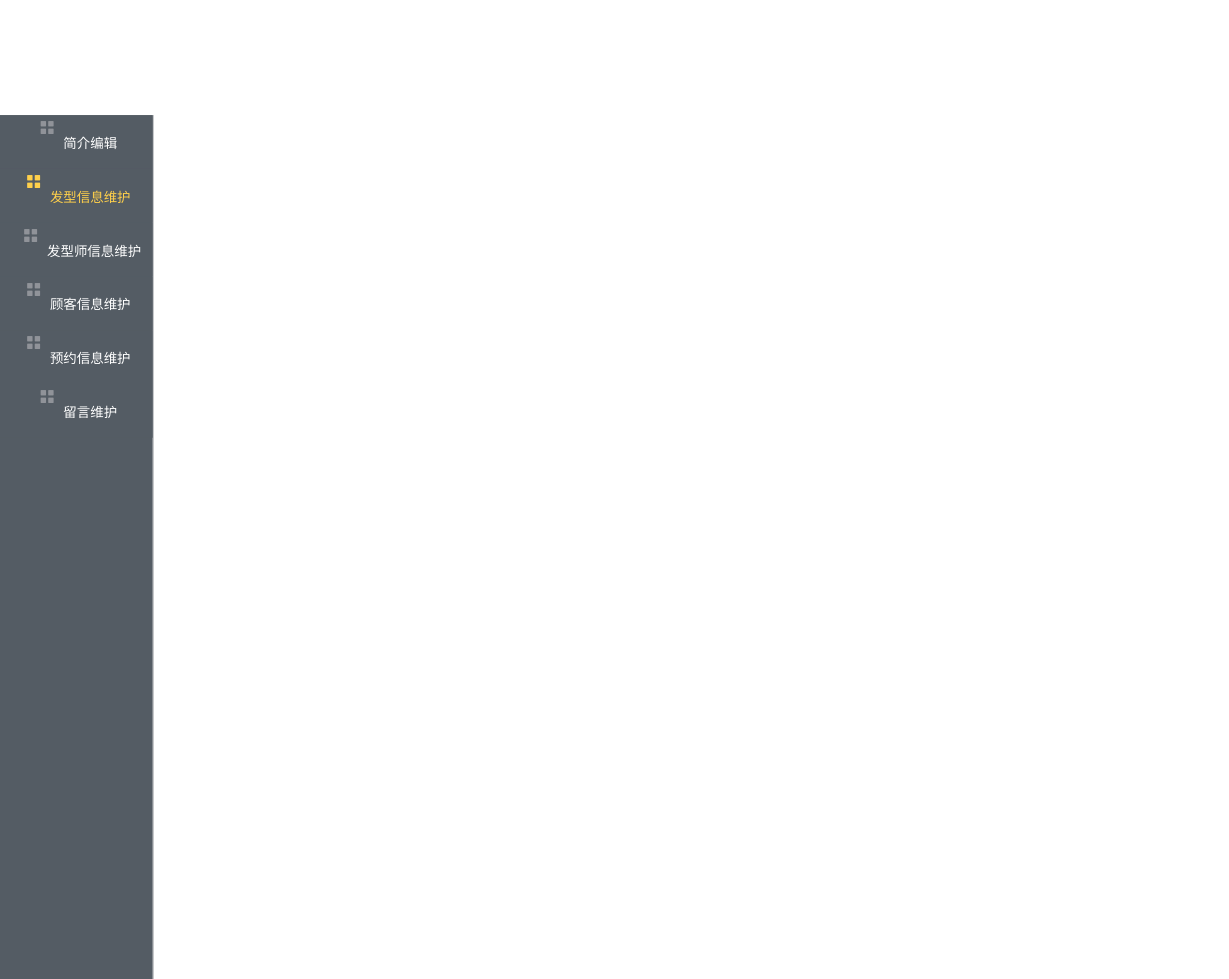
Repository: cjl0805/graduation-design-front
Page: /back/home
These files come from the project's save history. The page is drawn as it stood at one moment and after the next save; the edit follows.
The browser window is 1280 px wide. The pictures show the whole page, at 96% of full size.
The project was rebuilt for these pictures with package versions that can differ from the ones it lists, and the page was loaded fresh each time. Also part of the build but not shown: vue.config.js, src/components/RotationChart.vue, src/components/NavigationBar.vue, src/components/HairStylist.vue, src/components/HairStyle.vue, src/views/font/HairStyleView.vue, src/views/font/HairStylistView.vue, src/views/font/HomeView.vue and 11 more.

Above is the page before, as saved 2023-04-17 16:34:42.

### src/main.js
import Vue from 'vue'
import App from './App.vue'
import router from './router'
import ElementUI from 'element-ui'
import 'element-ui/lib/theme-chalk/index.css'
import axios from 'axios'
import VueAxios from 'vue-axios'
Vue.use(VueAxios, axios);
axios.interceptors.request.use(
  config => {
    if (localStorage.getItem('token')) {
      config.headers.token = localStorage.getItem('token');
    }
    return config;
  },
  error => {
    return Promise.reject(error);
  }
);

axios.interceptors.response.use(
  res => {
    if (res.data.code === 501) {
      console.log(res.data);
      alert("登录已过期，请重新登录！");
      window.localStorage.removeItem('token');
      window.localStorage.removeItem('username');
      location.reload();
    }
    return res;
  }
);

Vue.config.productionTip = false
Vue.use(ElementUI)
new Vue({
  router,
  render: h => h(App)
}).$mount('#app')

### src/router/index.js
import Vue from 'vue'
import VueRouter from 'vue-router'
import HairStyleView from '../views/font/HairStyleView.vue'
import HairStylistView from '../views/font/HairStylistView.vue'
import HomeView from '../views/font/HomeView.vue'
import login from '../views/font/login.vue'
import register from '../views/font/register.vue'
import PersonalInfo from '../views/font/PersonalInfo.vue'
import appointment from '../views/font/AppointmentView.vue'
import pay from '../views/font/PayView.vue'
import MainView from '../views/back/MainView.vue'

Vue.use(VueRouter)

const routes = [{
    path: '/',
    name: 'home',
    component: HomeView
  },
  {
    path: '/hairstyle',
    name: 'hairstyle',
    component: HairStyleView
  },
  {
    path: '/hairstylist',
    name: 'hairstylist',
    component: HairStylistView
  },
  {
    path: '/about',
    name: 'about',
    // route level code-splitting
    // this generates a separate chunk (about.[hash].js) for this route
    // which is lazy-loaded when the route is visited.
    component: () => import( /* webpackChunkName: "about" */ '../views/AboutView.vue')
  },
  {
    path: '/login',
    name: 'login',
    component: login
  },
  {
    path: '/register',
    name: 'register',
    component: register
  },
  {
    path: '/PersonalInfo',
    name: 'PersonalInfo',
    component: PersonalInfo,
  },
  {
    path: '/appointment',
    name: 'appointment',
    component: appointment
  },
  {
    path: '/pay',
    name: 'pay',
    component: pay
  },
  {
    path: '/back/home',
    name: 'MainView',
    component: MainView
  },
]

const router = new VueRouter({
  mode: 'history',
  base: process.env.BASE_URL,
  routes
})

// 导航守卫
// 使用 router.beforeEach 注册一个全局前置守卫，判断用户是否登陆
router.beforeEach((to, from, next) => {
  if (to.path === '/PersonalInfo' || to.path === '/appointment' || to.path === '/MessageCenter' || to.path === '/pay') {
    let token = localStorage.getItem('token');
    if (token === null || token === '') {
      next('/login');
    } else {
      next();
    }
  } else {
    next();
  }
});

export default router

### src/views/back/MainView.vue
<template>
  <div>
    <div class="div1">
      <el-col :span="3">
        <el-menu
          default-active="2"
          class="el-menu-vertical-demo"
          @open="handleOpen"
          @close="handleClose"
          background-color="#545c64"
          text-color="#fff"
          active-text-color="#ffd04b"
        >
          <el-menu-item index="1">
            <i class="el-icon-menu"></i>
            <span slot="title">简介编辑</span>
          </el-menu-item>
          <el-menu-item index="2">
            <i class="el-icon-menu"></i>
            <span slot="title">发型信息维护</span>
          </el-menu-item>
          <el-menu-item index="3">
            <i class="el-icon-menu"></i>
            <span slot="title">发型师信息维护</span>
          </el-menu-item>
          <el-menu-item index="4">
            <i class="el-icon-menu"></i>
            <span slot="title">顾客信息维护</span>
          </el-menu-item>
          <el-menu-item index="5">
            <i class="el-icon-menu"></i>
            <span slot="title">预约信息维护</span>
          </el-menu-item>
          <el-menu-item index="6">
            <i class="el-icon-menu"></i>
            <span slot="title">留言维护</span>
          </el-menu-item>
        </el-menu>
      </el-col>
    </div>
    <div class="div2"></div>
  </div>
</template>

<script>
export default {
  methods: {
    handleOpen(key, keyPath) {
      console.log(key, keyPath);
    },
    handleClose(key, keyPath) {
      console.log(key, keyPath);
    },
  },
};
</script>

<style>
.el-menu-vertical-demo {
  height: 900px;
}
.el-icon-menu {
  height: 50px;
}
</style>

### src/components/UserDescription.vue
<template>
  <div>
    <div class="img">
      <el-upload
        class="userform.img !== '' ? 'avatar-uploader boxCardUploadImg' : 'avatar-uploader'"
        action=""
        :http-request="upFile"
        :show-file-list="false"
        :on-change="handleChange"
        :limit="2"
        :headers="headers"
      >
        <img v-if="userform.img" :src="userform.img" class="avatar" />
        <i v-else class="el-icon-plus avatar-uploader-icon"></i> </el-upload
      ><br />
      <el-button round type="primary" @click="saveImg">保存头像</el-button>
      <div class="div2">
        <div class="div3">
          <el-button class="button"
            ><p class="p" @click="click1">个人信息</p></el-button
          >
        </div>
        <div class="div3">
          <el-button class="button" @click="click2"
            ><p class="p">我的预约</p></el-button
          >
        </div>
        <div class="div3">
          <el-button class="button"
            ><p class="p" @click="click3">我的留言</p></el-button
          >
        </div>
      </div>
    </div>
    <div class="info">
      <UserInfo v-if="userInfo"></UserInfo>
      <myAppointment v-if="myAppointment" class="myAppointment"></myAppointment>
      <myMessage v-if="myMessage"></myMessage>
    </div>
  </div>
</template>

<script>
import UserInfo from "./UserInfo.vue";
import MyAppointment from "./MyAppointment.vue";
import MyMessage from "./MyMessage.vue";
export default {
  name: "UserDescription",
  components: {
    MyAppointment,
    MyMessage,
    UserInfo,
  },
  data() {
    return {
      imageUrl: "",
      headers: {},
      token: "",
      userform: {
        img: "",
      },
      file: " ",
      userInfo: this.$route.query.userInfo,
      myAppointment: this.$route.query.myAppointment,
      myMessage: false,
    };
  },
  created() {
    this.load();
  },
  methods: {
    load() {
      this.axios({
        method: "GET",
        url: "http://localhost:8090/graduation/design/customInfo/get",
        params: {
          username: window.localStorage.getItem("username"),
        },
      }).then((res) => {
        console.log(res.data);
        if (res.data.data != null) {
          this.userform.img = res.data.data.img;
        }
      });
    },
    click1() {
      this.userInfo = true;
      this.myAppointment = false;
      this.myMessage = false;
    },
    click2() {
      this.userInfo = false;
      this.myAppointment = true;
      this.myMessage = false;
    },
    click3() {
      this.userInfo = false;
      this.myAppointment = false;
      this.myMessage = true;
    },
    handleChange(file, fileList) {
      const fileName = file.name; // 文件名字
      const fileType = fileName.substring(fileName.lastIndexOf(".") + 1);
      if (fileType === "png" || fileType === "jpg") {
        this.file = file;
        return;
      } else {
        this.$message({
          type: "warning",
          message: "附件格式错误，请重新上传！",
        });
      }
    },
    upFile(item) {
      const formData = new FormData();
      formData.append("file", this.file.raw);
      this.axios({
        method: "POST",
        url: "http://localhost:8090/graduation/design/common/upload",
        data: formData,
      }).then((res) => {
        console.log(res.data);
        if (res.data.code === 200) {
          this.userform.img = res.data.data;
        } else {
          alert(res.data.message);
        }
      });
    },
    beforeAvatarUpload(file) {
      const isJPG = file.type === "image/jpeg";
      const isLt2M = file.size / 1024 / 1024 < 2;

      if (!isJPG) {
        this.$message.error("上传头像图片只能是 JPG 格式!");
      }
      if (!isLt2M) {
        this.$message.error("上传头像图片大小不能超过 2MB!");
      }
      return isJPG && isLt2M;
    },
    saveImg() {
      this.axios({
        method: "POST",
        url: "http://localhost:8090/graduation/design/customInfo/save/img",
        params: {
          username: window.localStorage.getItem("username"),
          img: this.userform.img,
        },
      }).then((res) => {
        console.log(res.data);
        if (res.data.code === 200) {
          alert("保存头像成功！");
        }
      });
    },
  },
};
</script>

<style>
.avatar-uploader .el-upload {
  border: 1px solid #d9d9d9;
  border-radius: 50px;
  cursor: pointer;
  position: relative;
  overflow: hidden;
}
.avatar-uploader .el-upload:hover {
  border-color: none;
}
.avatar-uploader-icon {
  margin-top: 20px;
  font-size: 120px;
  color: #8c939d;
}
.avatar {
  margin-top: 20px;
  width: 120px;
  height: 120px;
  display: block;
}

.boxCardUploadImg .el-upload:hover div {
  width: 100px;
  height: 100px;
  line-height: 100px;
  text-align: center;
  border-radius: 50px;
  position: absolute;
  font-size: 18px;
  display: initial;
  z-index: 999;
  color: #fff;
  top: 0;
  left: 0;
  background-color: #17163c;
  opacity: 0.5;
}
.my-content {
  font-size: 20px;
}
.my-label {
  font-size: 20px;
}
.img {
  margin-left: 20px;
  text-align: center;
  width: 240px;
  height: 640px;
  border: 2px;
  background: rgb(255, 255, 255);
}
.info {
  margin-top: -640px;
  margin-left: 305px;
  text-align: center;
  width: 1210px;
  height: 640px;
  border: 2px;
  background: rgba(255, 255, 255);
}
.button {
  margin: 0 auto;
  width: 200px;
  height: 40px;
  margin-top: 0px;
}
.p {
  margin: 0 auto;
  font-size: 20px;
  font-weight: bold;
}
.div2 {
  margin-top: 120px;
}
.div3 {
  margin-top: 28px;
}
</style>

### src/components/HairStylistDescription.vue
<template>
  <div>
    <div class="img">
      <el-upload
        class="userform.img !== '' ? 'avatar-uploader boxCardUploadImg' : 'avatar-uploader'"
        action=""
        :http-request="upFile"
        :show-file-list="false"
        :on-change="handleChange"
        :limit="2"
        :headers="headers"
      >
        <img v-if="userform.img" :src="userform.img" class="avatar" />
        <i v-else class="el-icon-plus avatar-uploader-icon"></i> </el-upload
      ><br />
      <el-button round type="primary" @click="saveImg">保存头像</el-button>
      <div class="div2">
        <div class="div3">
          <el-button class="button"
            ><p class="p" @click="click1">个人信息</p></el-button
          >
        </div>
        <div class="div3">
          <el-button class="button" @click="click2"
            ><p class="p">我的预约</p></el-button
          >
        </div>
      </div>
    </div>
    <div class="info">
      <HairStylistInfo v-if="HairStylistInfo"></HairStylistInfo>
      <HairStylistAppointment v-if="HairStylistAppointment"></HairStylistAppointment>
    </div>
  </div>
</template>

<script>
import HairStylistInfo from "./HairStylistInfo.vue";
import HairStylistAppointment from "./HairStylistAppointment.vue";
export default {
  name: "UserDescription",
  components: {
    HairStylistAppointment,
    HairStylistInfo,
  },
  data() {
    return {
      imageUrl: "",
      headers: {},
      token: "",
      userform: {
        img: "",
      },
      file: " ",
      HairStylistInfo: true,
      HairStylistAppointment: false,
    };
  },
  created() {
    this.load();
  },
  methods: {
    load() {
      this.axios({
        method: "GET",
        url: "http://localhost:8090/graduation/design/hairstylist/get",
        params: {
          username: window.localStorage.getItem("username"),
        },
      }).then((res) => {
        console.log(res.data);
        if (res.data.data != null) {
          this.userform.img = res.data.data.img;
          window.localStorage.setItem("hairstylist", res.data.data.name);
        }
      });
    },
    click1() {
      this.HairStylistInfo = true;
      this.HairStylistAppointment = false;
    },
    click2() {
      this.HairStylistInfo = false;
      this.HairStylistAppointment = true;
    },
    handleChange(file, fileList) {
      const fileName = file.name; // 文件名字
      const fileType = fileName.substring(fileName.lastIndexOf(".") + 1);
      if (fileType === "png" || fileType === "jpg") {
        this.file = file;
        return;
      } else {
        this.$message({
          type: "warning",
          message: "附件格式错误，请重新上传！",
        });
      }
    },
    upFile(item) {
      const formData = new FormData();
      formData.append("file", this.file.raw);
      this.axios({
        method: "POST",
        url: "http://localhost:8090/graduation/design/common/upload",
        data: formData,
      }).then((res) => {
        console.log(res.data);
        if (res.data.code === 200) {
          this.userform.img = res.data.data;
        } else {
          alert(res.data.message);
        }
      });
    },
    beforeAvatarUpload(file) {
      const isJPG = file.type === "image/jpeg";
      const isLt2M = file.size / 1024 / 1024 < 2;

      if (!isJPG) {
        this.$message.error("上传头像图片只能是 JPG 格式!");
      }
      if (!isLt2M) {
        this.$message.error("上传头像图片大小不能超过 2MB!");
      }
      return isJPG && isLt2M;
    },
    saveImg() {
      this.axios({
        method: "POST",
        url: "http://localhost:8090/graduation/design/hairstylist/save/img",
        params: {
          username: window.localStorage.getItem("username"),
          img: this.userform.img,
        },
      }).then((res) => {
        console.log(res.data);
        if (res.data.code === 200) {
          alert("保存头像成功！");
        }
      });
    },
  },
};
</script>

<style>
.avatar-uploader .el-upload {
  border: 1px solid #d9d9d9;
  border-radius: 50px;
  cursor: pointer;
  position: relative;
  overflow: hidden;
}
.avatar-uploader .el-upload:hover {
  border-color: none;
}
.avatar-uploader-icon {
  margin-top: 20px;
  font-size: 120px;
  color: #8c939d;
}
.avatar {
  margin-top: 20px;
  width: 120px;
  height: 120px;
  display: block;
}

.boxCardUploadImg .el-upload:hover div {
  width: 100px;
  height: 100px;
  line-height: 100px;
  text-align: center;
  border-radius: 50px;
  position: absolute;
  font-size: 18px;
  display: initial;
  z-index: 999;
  color: #fff;
  top: 0;
  left: 0;
  background-color: #17163c;
  opacity: 0.5;
}
.my-content {
  font-size: 20px;
}
.my-label {
  font-size: 20px;
}
.img {
  margin-left: 20px;
  text-align: center;
  width: 240px;
  height: 640px;
  border: 2px;
  background: rgb(255, 255, 255);
}
.info {
  margin-top: -640px;
  margin-left: 305px;
  text-align: center;
  width: 1210px;
  height: 640px;
  border: 2px;
  background: rgba(255, 255, 255);
}
.button {
  margin: 0 auto;
  width: 200px;
  height: 40px;
  margin-top: 0px;
}
.p {
  margin: 0 auto;
  font-size: 20px;
  font-weight: bold;
}
.div2 {
  margin-top: 120px;
}
.div3 {
  margin-top: 28px;
}
</style>

Loaded but not shown: public/index.html (common file); src/App.vue (common file)

After the next save:
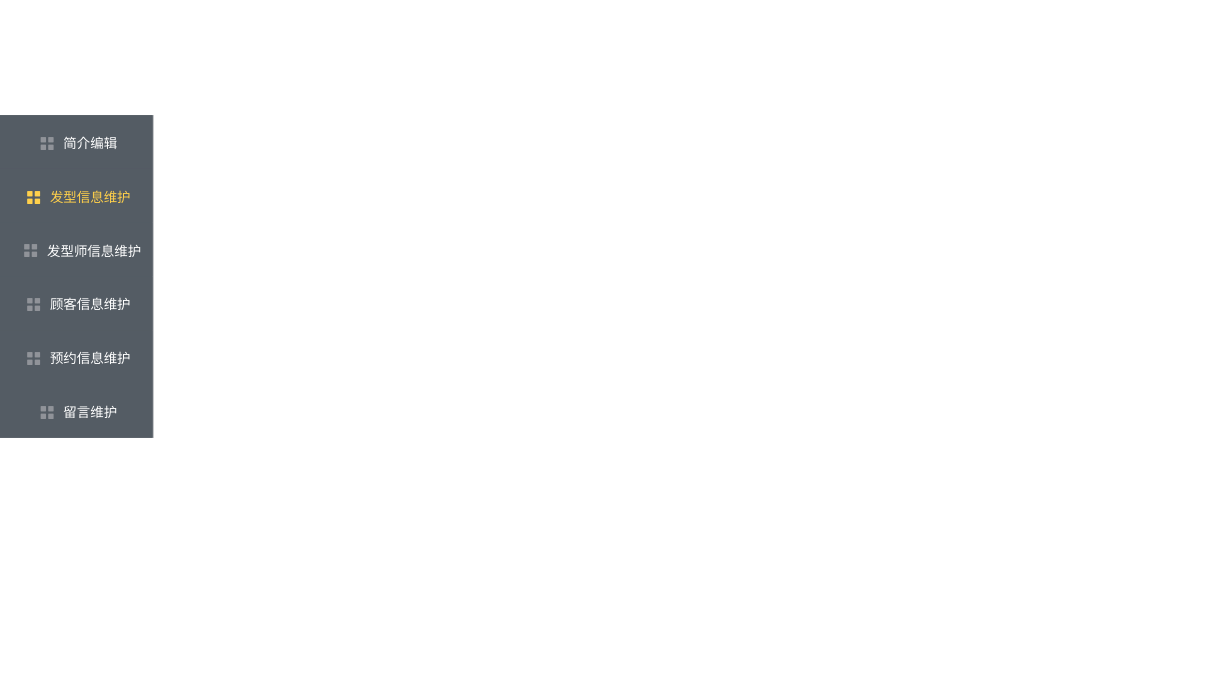
Saved 7 s later.
--- a/src/views/back/MainView.vue
+++ b/src/views/back/MainView.vue
@@ -56,10 +56,5 @@ export default {
 </script>
 
 <style>
-.el-menu-vertical-demo {
-  height: 900px;
-}
-.el-icon-menu {
-  height: 50px;
-}
+
 </style>
